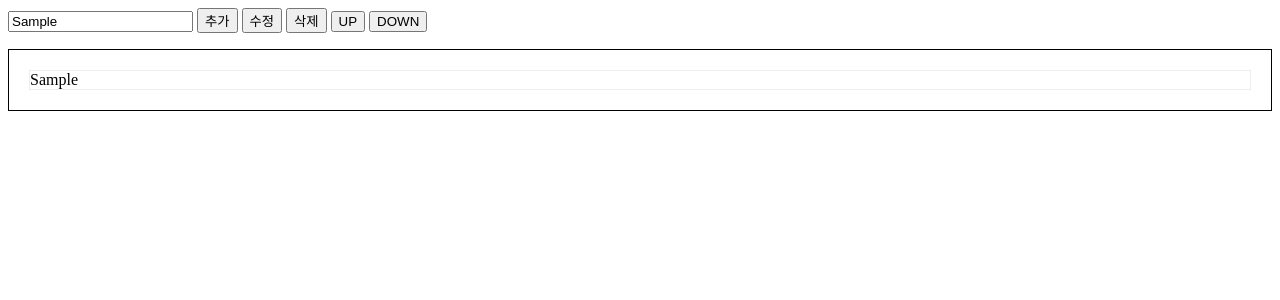
Repository: swc0516s/EZEN-JS
Page: JavaScript Workspace Lecture/JavaScript_jQuery_03/WebContent/Problem01/sil_prob02_.html
The author's editor kept a copy of each file at every save. The page is drawn from the files as they stood at one save, then again after the next save.
The browser window is 1280 px wide. The pictures show the whole page.
Empty fields were first filled with sample values (such as "Sample", 5 or name@example.com).
After loading, the first visible `#add` was clicked once.

Above is the page before, as saved 2022-03-23 00:42:29.

### JavaScript Workspace Lecture/JavaScript_jQuery_03/WebContent/Problem01/sil_prob02_.html
<!DOCTYPE html>
<html>
<head>
<meta charset="UTF-8">
<title>Insert title here</title>
<style type="text/css">
body {
	font-size: 16px;
	font-family: "굴림";
}

ul.menu {
	padding: 10px;
	list-style: none;
	border: 1px #000 solid;
}

ul.menu li {
	border: 1px #eeeeee solid;
	margin: 10px;
}

li.select {
	background-color: #ccc;
}
</style>

<script type="text/javascript" src="../libs/jquery-3.6.0.min.js"></script>
<script type="text/javascript">
	var menu = null;
	var menuName = null;
	var selectedItem = null;

	$(document).ready(function() {
		init();
		initEvent();
	});

	// 전역에서 사용할 요소 초기화
	function init() {
		menu = $("ul.menu");
		menuName = $("#menuName");
	}

	// 이벤트 초기화
	function initEvent() {
		$("#add").click(function() {
			addMenu();
		});

		menu.on("click", "li", function() {
			selectItem($(this));
		});

		$("#update").click(function() {
			updateMenuItem();
		});

		$("#remove").click(function() {
			removeMenuItem();
		});

		$("#up").click(function() {
			upMenuItem();
		});

		$("#down").click(function() {
			downMenuItem();
		});

	}

	// 메뉴 추가 처리
	function addMenu() {
		// 텍스트 입력 값 구하기
		var menuName2 = menuName.val();
		// 신규 메뉴 아이템 문자열 만들기
		var newMenuItem = "<li>" + menuName2 + "</li>";
		// 선택 메뉴 아이템이 있는 경우 신규 아이템을 선택 메뉴 아이템 아래에 추가
		if (selectedItem) {
			selectedItem.after(newMenuItem);
		} else {
			menu.append(newMenuItem);
		}
	}

	function selectItem(item) {
		// 기존 선택 메뉴 아이템이 있는 경우 선택 효과 제거
		if (selectedItem != null)
			selectedItem.removeClass("select");
		// 신규 선택 메뉴 아이템 처리
		selectedItem = item;
		selectedItem.addClass("select");
	}

	function updateMenuItem() {
		if (selectedItem) {
			var menuName2 = menuName2.val();
			selectedItem.html(menuName2);
		} else {
			alert("선택 메뉴가 존재 하지 않습니다.");
		}
	}

	function removeMenuItem() {
		if (selectedItem) {
			selectedItem.remove();
			selectedItem = null;
		} else {
			alert("선택 메뉴가 존재 하지 않습니다.")
		}
	}

	function upMenuItem() {
		if (selectedItem) {
			var prevItem = selectedItem.prev();
			selectedItem.insertBefore(prevItem);
		} else {
			alert("선택 메뉴가 존재 하지 않습니다.")
		}
	}

	function downMenuItem() {
		if (selectedItem) {
			var prevItem = selectedItem.next();
			selectedItem.insertAfter(prevItem);
		} else {
			alert("선택 메뉴가 존재 하지 않습니다.")
		}
	}
</script>
</head>
<body>
	<div>
		<input type="text" id="menuName">
		<button id="add">추가</button>
		<button id="update">수정</button>
		<button id="remove">삭제</button>
		<button id="up">UP</button>
		<button id="down">DOWN</button>
	</div>
	<ul class="menu">

	</ul>
</body>
</html>

Loaded but not shown: JavaScript Workspace Lecture/JavaScript_jQuery_03/WebContent/libs/jquery-3.6.0.min.js (library)

After the next save:
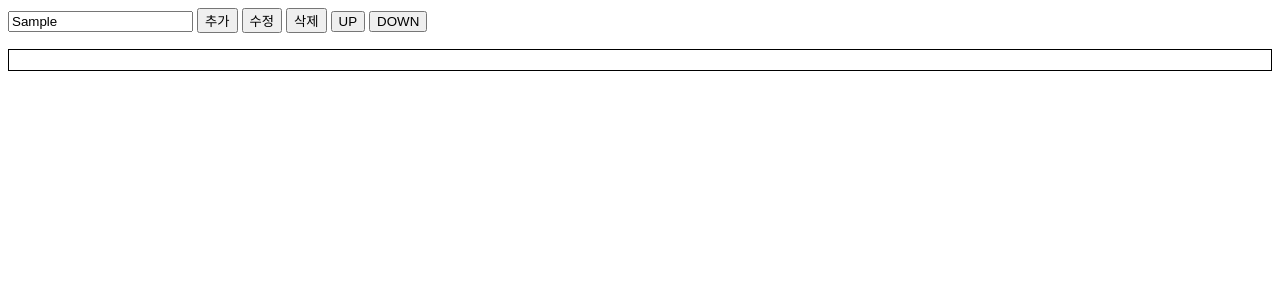
Console error: TypeError: Cannot read properties of undefined (reading 'val')
Saved 26 s later.
--- a/JavaScript Workspace Lecture/JavaScript_jQuery_03/WebContent/Problem01/sil_prob02_.html
+++ b/JavaScript Workspace Lecture/JavaScript_jQuery_03/WebContent/Problem01/sil_prob02_.html
@@ -73,9 +73,9 @@
 	// 메뉴 추가 처리
 	function addMenu() {
 		// 텍스트 입력 값 구하기
-		var menuName2 = menuName.val();
+		var menuName = menuName.val();
 		// 신규 메뉴 아이템 문자열 만들기
-		var newMenuItem = "<li>" + menuName2 + "</li>";
+		var newMenuItem = "<li>" + menuName + "</li>";
 		// 선택 메뉴 아이템이 있는 경우 신규 아이템을 선택 메뉴 아이템 아래에 추가
 		if (selectedItem) {
 			selectedItem.after(newMenuItem);
@@ -95,8 +95,8 @@
 
 	function updateMenuItem() {
 		if (selectedItem) {
-			var menuName2 = menuName2.val();
-			selectedItem.html(menuName2);
+			var menuName = menuName.val();
+			selectedItem.html(menuName);
 		} else {
 			alert("선택 메뉴가 존재 하지 않습니다.");
 		}

After the 2 saves that followed:
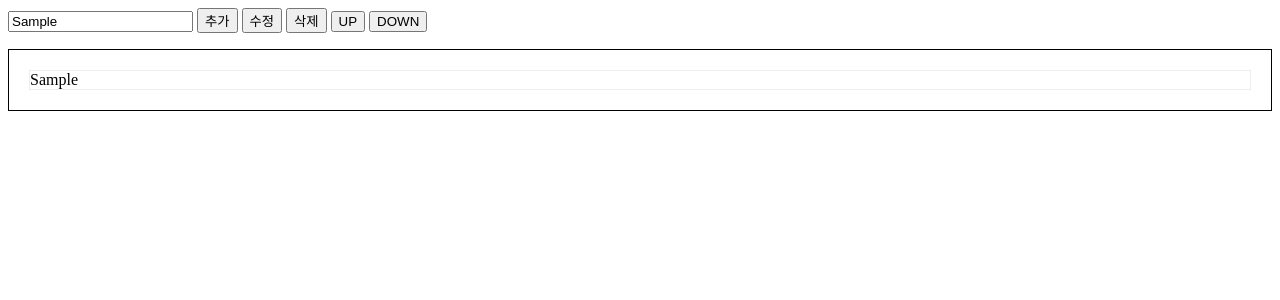
The error is gone.
The 2 saves are shown as one change because they came seconds apart.
The last was saved 11 s later.
--- a/JavaScript Workspace Lecture/JavaScript_jQuery_03/WebContent/Problem01/sil_prob02_.html
+++ b/JavaScript Workspace Lecture/JavaScript_jQuery_03/WebContent/Problem01/sil_prob02_.html
@@ -73,9 +73,9 @@
 	// 메뉴 추가 처리
 	function addMenu() {
 		// 텍스트 입력 값 구하기
-		var menuName = menuName.val();
+		var menuName2 = menuName.val();
 		// 신규 메뉴 아이템 문자열 만들기
-		var newMenuItem = "<li>" + menuName + "</li>";
+		var newMenuItem = "<li>" + menuName2 + "</li>";
 		// 선택 메뉴 아이템이 있는 경우 신규 아이템을 선택 메뉴 아이템 아래에 추가
 		if (selectedItem) {
 			selectedItem.after(newMenuItem);
@@ -95,8 +95,8 @@
 
 	function updateMenuItem() {
 		if (selectedItem) {
-			var menuName = menuName.val();
-			selectedItem.html(menuName);
+			var menuName2 = menuName2.val();
+			selectedItem.html(menuName2);
 		} else {
 			alert("선택 메뉴가 존재 하지 않습니다.");
 		}
